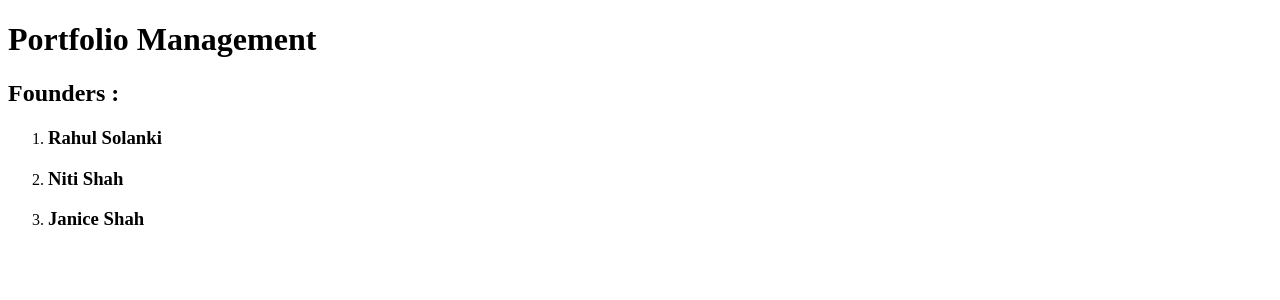
Repository: rahulsolankib/portfolio
Page: http://localhost/
The author's editor kept a copy of each file at every save. The page is drawn from the files as they stood at one save, then again after a run of saves.
The browser window is 1280 px wide. The pictures show the whole page.
The page is served by the project's application, run on Django 3.2 (manage.py). Other server files are loaded and not shown.

Above is the page before, as saved 2020-10-12 01:18:43.

### startPage/templates/startPage/home.html
<!DOCTYPE html>
<html>
<head>
    {% if title %}
        <title>Django - {{title}}</title>
    {% else %}
        <title>Django</title>
    {% endif %}
</head>
<body>
    <h1>{{details.title}}</h1>
    <p>{{details.quote}}</p>
    <h2>Founders : </h2>
    <ol>
        {% for founder in details.founders %}
            <li><h3>{{founder}}</h3></li>
        {% endfor %}
    </ol>
</body>
</html>

### startPage/views.py
from django.shortcuts import render
from django.http import HttpResponse


details = {'title':'Portfolio Management','founders': ['Rahul Solanki', 'Niti Shah', 'Janice Shah'],'Quote':'Where there is a will there is a way' }
def home(request):
    context = {
        'details' : details,
        'title' : 'Portolio Management'
    }
    return render(request,'startPage/home.html',context)

def about(request):
    return render(request,'startPage/about.html')

### portfolio/urls.py
"""portfolio URL Configuration

The `urlpatterns` list routes URLs to views. For more information please see:
    https://docs.djangoproject.com/en/3.1/topics/http/urls/
Examples:
Function views
    1. Add an import:  from my_app import views
    2. Add a URL to urlpatterns:  path('', views.home, name='home')
Class-based views
    1. Add an import:  from other_app.views import Home
    2. Add a URL to urlpatterns:  path('', Home.as_view(), name='home')
Including another URLconf
    1. Import the include() function: from django.urls import include, path
    2. Add a URL to urlpatterns:  path('blog/', include('blog.urls'))
"""
from django.contrib import admin
from django.urls import path,include
from user import views as user_views

urlpatterns = [
    path('admin/', admin.site.urls),
    path('register/',user_views.register,name='register'),
    path('',include('startPage.urls'))
]

### startPage/urls.py
from django.urls import path
from . import views

urlpatterns = [
    path('', views.home,name="Start-Page"),
    path('about/', views.about,name="About-Page"),
]

### startPage/templates/startPage/base.html
{% extends "startPage/base.html" %}


<!DOCTYPE html>
<html>
<head>
    {% if details %}
        <title>Django - {{details.title}}</title>
    {% else %}
        <title>Django</title>
    {% endif %}
</head>
<body>

</body>
</html>

After the next 3 saves:
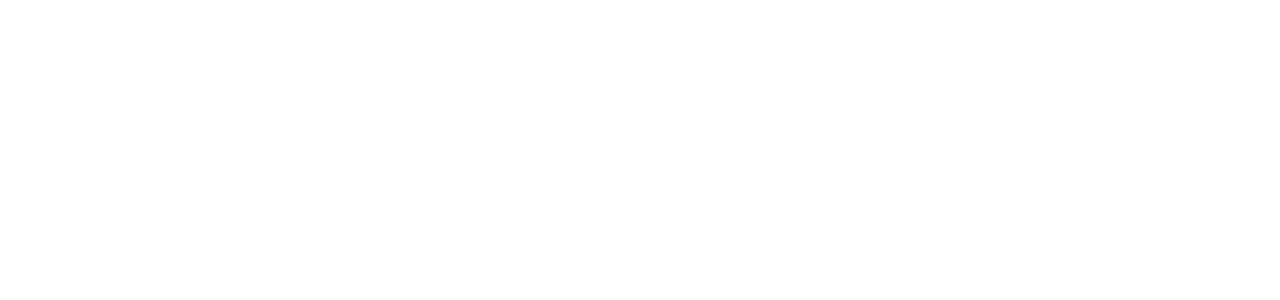
The 3 saves are shown as one change because 1 did not build or start and some came seconds apart.
The last was saved 97 s later.
--- a/startPage/templates/startPage/home.html
+++ b/startPage/templates/startPage/home.html
@@ -1,3 +1,5 @@
+{% extends "startPage/base.html" %}
+
 <!DOCTYPE html>
 <html>
 <head>
--- a/startPage/templates/startPage/base.html
+++ b/startPage/templates/startPage/base.html
@@ -1,6 +1,3 @@
-{% extends "startPage/base.html" %}
-
-
 <!DOCTYPE html>
 <html>
 <head>
@@ -11,6 +8,6 @@
     {% endif %}
 </head>
 <body>
-
+    {% block content %}{% endblock %}
 </body>
 </html>

After the 2 saves that followed:
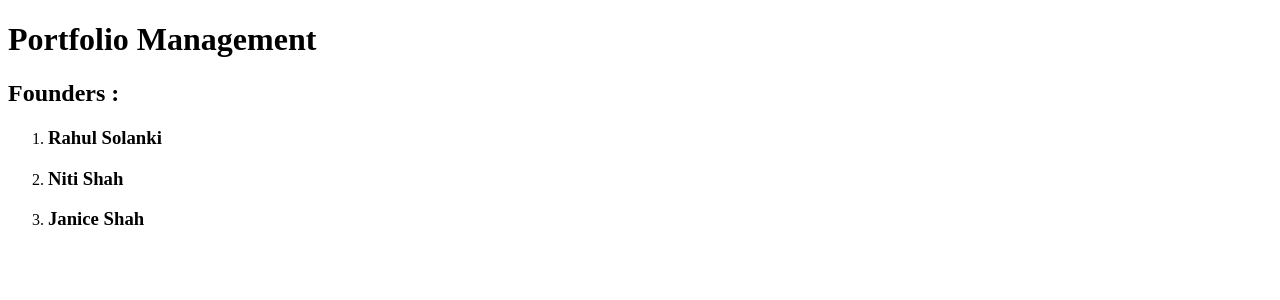
The 2 saves are shown as one change because 1 left the picture as it was.
The last was saved 6 min 11 s later.
--- a/startPage/templates/startPage/home.html
+++ b/startPage/templates/startPage/home.html
@@ -1,4 +1,14 @@
 {% extends "startPage/base.html" %}
+{% block content %}
+    <h1>{{details.title}}</h1>
+    <p>{{details.quote}}</p>
+    <h2>Founders : </h2>
+    <ol>
+        {% for founder in details.founders %}
+            <li><h3>{{founder}}</h3></li>
+        {% endfor %}
+    </ol>
+{% endblock content %}
 
 <!DOCTYPE html>
 <html>
@@ -10,13 +20,6 @@
     {% endif %}
 </head>
 <body>
-    <h1>{{details.title}}</h1>
-    <p>{{details.quote}}</p>
-    <h2>Founders : </h2>
-    <ol>
-        {% for founder in details.founders %}
-            <li><h3>{{founder}}</h3></li>
-        {% endfor %}
-    </ol>
+
 </body>
 </html>
